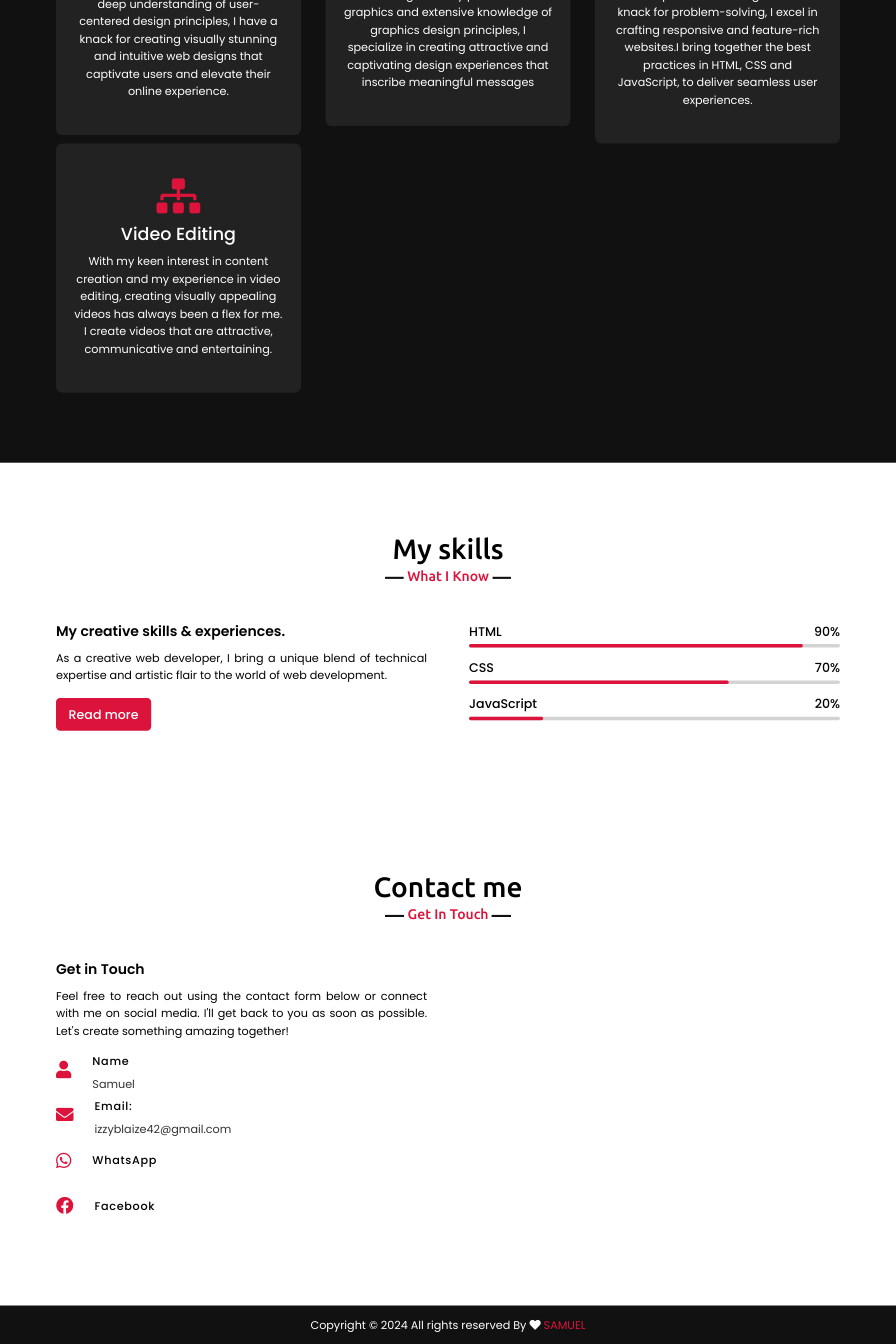
Repository: thedigitalwhizzy/JHF
Page: index.html
The author's editor kept a copy of each file at every save. The page is drawn from the files as they stood at one save, then again after the next save.
The browser window is 1280 px wide. The pictures show the part of the page from y = 1880 to 3800 px (the page is 3800 px tall before and 3689 px after), at 70% of full size.
Backgrounds fixed to the window are drawn as part of the page.

Above is the page before, as saved 2024-06-22 15:10:30.

### index.html
<!DOCTYPE html>
<html lang="en">

<head>
  <meta charset="UTF-8">
  <title>Samuel | Portfolio</title>
  <link rel="stylesheet" href="style.css">
  <link rel="stylesheet" href="https://cdnjs.cloudflare.com/ajax/libs/font-awesome/5.15.3/css/all.min.css" />
  <script src="https://code.jquery.com/jquery-3.5.1.min.js"></script>
  <script src="https://cdnjs.cloudflare.com/ajax/libs/typed.js/2.0.11/typed.min.js"></script>
  <script src="https://cdnjs.cloudflare.com/ajax/libs/waypoints/4.0.1/jquery.waypoints.min.js"></script>
  <script src="https://cdnjs.cloudflare.com/ajax/libs/OwlCarousel2/2.3.4/owl.carousel.min.js"></script>
  <link rel="stylesheet" href="https://cdnjs.cloudflare.com/ajax/libs/OwlCarousel2/2.3.4/assets/owl.carousel.min.css" />
  <meta name="title" content="Samuel - Web Developer, Graphics designer, Freelancer, Content creator, Video editor, Photo editor" />
  <meta name="description" content="Samuel - Web Developer, Graphics designer, Freelancer, Content creator, Video editor, Photo editor" />
  <meta name="charset" content="UTF-8" />
  <meta name="viewport" content="width=device-width, initial-scale=1, minimum-scale=1, maximum-scale=1" />
  <meta name="robots" content="index, follow" />
  <meta name="googlebot" content="index, follow" />
  <meta name="revisit-after" content="1 days" />
  <meta http-equiv="X-UA-Compatible" content="IE=edge,chrome=1" />
  <meta http-equiv="Content-Language" content="en" />
  <meta property="og:title" content="Samuel - Web Developer, Graphics designer, Freelancer, Content creator, Video editor, Photo editor">
  <meta property="og:description" content="Samuel - Web Developer, Graphics designer, Freelancer, Content creator, Video editor, Photo editor">
  <meta property="og:locale" content="en_US">
  <meta property="og:type" content="website">
  <meta property="og:site_name" content="Samuel">
  <meta property="og:url" content="">
  <meta itemprop="image" content="rajuan.png">
  <meta property="og:image" content="rajuan.png">
  <meta property="og:image:secure_url" content="rajuan.png">
  <meta property="og:image:width" content="650">
  <meta property="og:image:height" content="350">
  <meta property="twitter:title" content="Samuel - Web Developer, Graphics designer, Freelancer, Content creator, Video editor, Photo editor">
  <meta property="twitter:description" content="Samuel - Web Developer, Graphics designer, Freelancer, Content creator, Video editor, Photo editor">
  <meta property="twitter:url" content="">
  <meta property="twitter:card" content="summary">
  <meta name="apple-mobile-web-app-status-bar" content="#202125">
  <link rel="canonical" href="">
  <link rel="alternate" hreflang="en" href="">
  <link rel="icon" href="icon.png" type="image/x-icon">
  <link rel="dns-prefetch" href="https://cdnjs.cloudflare.com/">
  <meta name="apple-mobile-web-app-status-bar" content="#202125">
</head>

<body>
  <div class="scroll-up-btn">
    <i class="fas fa-angle-up"></i>
  </div>
  <nav class="navbar">
    <div class="max-width">
      <div class="logo"><a href="https://instagram.com/izzy.blaize?igshid=OGY3MTU3OGY1Mw==">Sam<span>uel.</span></a></div>
        <div class="menu-btn">
        <i class="fas fa-bars"></i>
      </div>
    </div>
  </nav>

<body>


  <section class="home" id="home">
    <div class="max-width">
      <div class="home-content">
        <div class="text-1">Hello, My name is</div>
        <div class="text-2">Samuel</div>
        <div class="text-3">And I'm a web designer <span class="typing"></span></div>
        <a href="https://wa.link/4fl7y6">Hire me</a>
      </div>
    </div>
  </section>
  <section class="about" id="about">
    <div class="max-width">
      <h2 class="title">About me</h2>
      <div class="about-content">
        <div class="column left">
          <img src="rajuan.png">
        </div>
        <div class="column right">
          <div class="text">I'm Samuel and I'm a<span class="typing-2"></span></div>
          <p>Passionate programmer and web developer with expertise in front-end development. With a strong eye for design and a commitment to creating seamless user experiences, I specialize in crafting visually appealing appealing websites. Let's bring your ideas to life together!</p>
          <a href="read-more.html">Read More</a>
        </div>
      </div>
    </div>
  </section>
  <section class="services" id="services">
    <div class="max-width">
      <h2 class="title">My services</h2>
      <div class="serv-content">
        <div class="card">
          <div class="box">
            <i class="fas fa-paint-brush"></i>
            <div class="text">Web Design</div>
            <p>With a keen eye for aesthetics and a deep understanding of user-centered design principles, I have a knack for creating visually stunning and intuitive web designs that captivate users and elevate their online experience.</p>
          </div>
        </div>
        <div class="card">
          <div class="box">
            <i class="fas fa-gamepad"></i>
            <div class="text">Graphics Design</div>
            <p>Drawing from my passion for graphics and extensive knowledge of graphics design principles, I specialize in creating attractive and captivating design experiences that inscribe meaningful messages</p>
          </div>
        </div>
        <div class="card">
          <div class="box">
            <i class="fas fa-code"></i>
            <div class="text">Web Development</div>
            <p>With a solid foundation in web development technologies and a knack for problem-solving, I excel in crafting responsive and feature-rich websites.I bring together the best practices in HTML, CSS and JavaScript, to deliver seamless user experiences.</p>
          </div>
        </div>
        <div class="card">
          <div class="box">
            <i class="fas fa-sitemap"></i>
            <div class="text">Video Editing</div>
            <p>With my keen interest in content creation and my experience in video editing, creating visually appealing videos has always been a flex for me. I create videos that are attractive, communicative and entertaining.</p>
          </div>
        </div>
      </div>
    </div>
    </div>
  </section>
  <!-- skills section start -->
  <section class="skills" id="skills">
    <div class="max-width">
      <h2 class="title">My skills</h2>
      <div class="skills-content">
        <div class="column left">
          <div class="text">My creative skills & experiences.</div>
          <p>As a creative web developer, I bring a unique blend of technical expertise and artistic flair to the world of web development.</p>
          <a href="skills.html">Read more</a>
        </div>
        <div class="column right">
          <div class="bars">
            <div class="info">
              <span>HTML</span>
              <span>90%</span>
            </div>
            <div class="line html"></div>
          </div>
          <div class="bars">
            <div class="info">
              <span>CSS</span>
              <span>70%</span>
            </div>
            <div class="line css"></div>
          </div>
          <div class="bars">
            <div class="info">
              <span>JavaScript</span>
              <span>20%</span>
            </div>
            <div class="line js"></div>
          </div>
        </div>
      </div>
    </div>
  </section>
  <!-- contact section start -->
  <section class="contact" id="contact">
    <div class="max-width">
      <h2 class="title">Contact me</h2>
      <div class="contact-content">
        <div class="column left">
          <div class="text">Get in Touch</div>
          <p>Feel free to reach out using the contact form below or connect with me on social media. I'll get back to you as soon as possible. Let's create something amazing together!</p>
          <div class="icons">
            <div class="row">
              <i class="fas fa-user"></i>
              <div class="info">
                <div class="head">Name</div>
                <div class="sub-title">Samuel</div>
              </div>
            </div>
            <div class="row">
              <i class="fas fa-envelope"></i>
              <div class="info">
                <div class="head">Email:</div>
                <div class="sub-title">izzyblaize42@gmail.com</div>
              </div>
            </div>
            <div class="row">
              <i class="fab fa-whatsapp"></i>
              <div class="info">
                <div class="head"><a style="color:#000" href="https://wa.link/4fl7y6">WhatsApp</a>
                </div>
              </div>
            </div>
            <div class="row">
              <i class="fab fa-facebook"></i>
              <div class="info">
                <div class="head"><a style="color:black" href="https://www.facebook.com/profile.php?id=61552224441534&mibextid=9idTr45qYp7jtedz">Facebook</a></div>
              </div>
            </div>
            </div>
          </div>
        </div>


      </div>
    </div>
  </section>
  <footer>
    <span>Copyright © <script>
        document.write(new Date().getFullYear());
      </script> All rights reserved By <i class="fa fa-heart"></i> <a href="https://www.facebook.com/profile.php?id=61552224441534&mibextid=9idTr45qYp7jtedz">SAMUEL</a></p>
  </footer>
  <script src="script.js"></script>
  <script
  type="text/javascript"
  src="https://cdn.jsdelivr.net/npm/@emailjs/browser@4/dist/email.min.js">
</script>

</body>

</html>

Loaded but not shown: script.js (73 lines, source omitted); style.css (835 lines, source omitted)

After the next save:
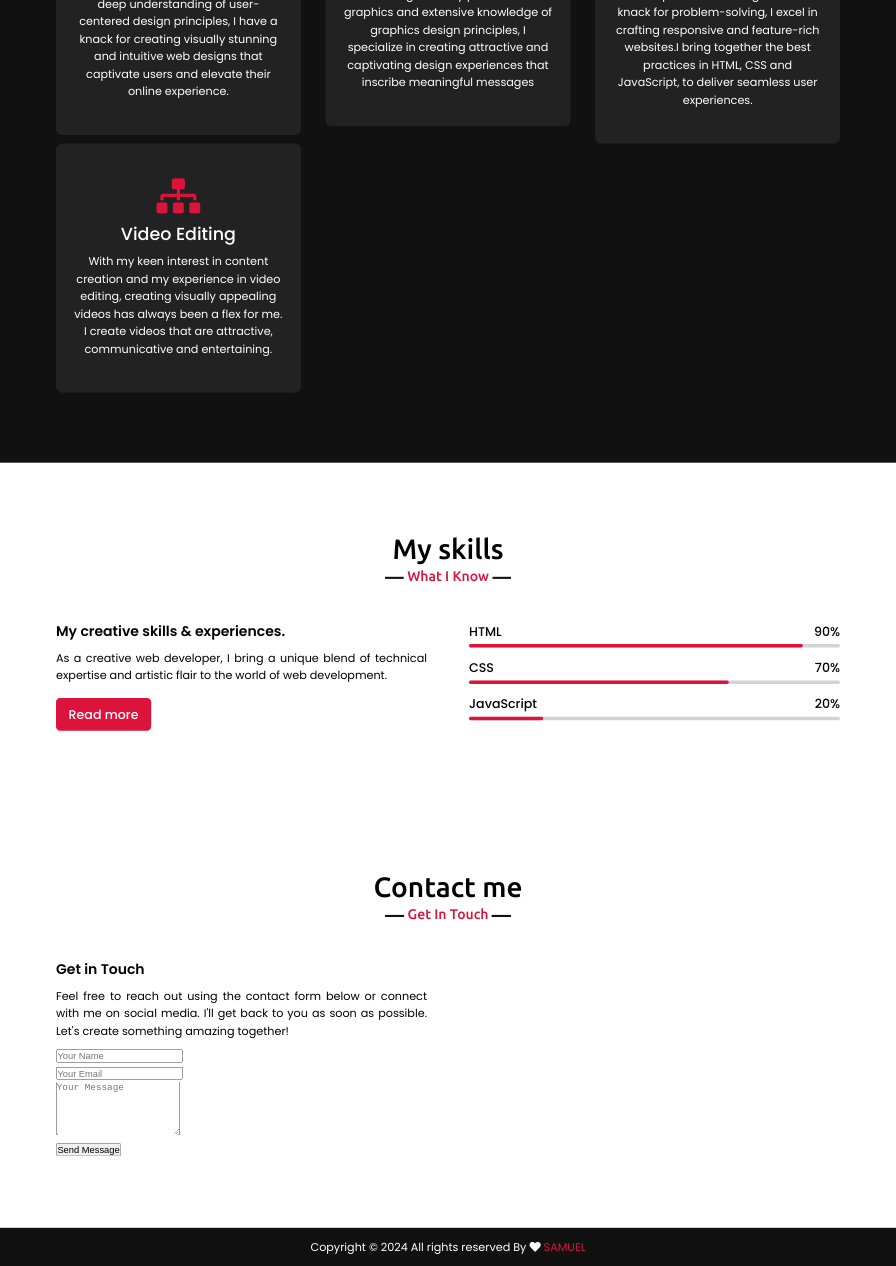
Saved 4 min 14 s later.
--- a/index.html
+++ b/index.html
@@ -156,7 +156,6 @@
       </div>
     </div>
   </section>
-  <!-- contact section start -->
   <section class="contact" id="contact">
     <div class="max-width">
       <h2 class="title">Contact me</h2>
@@ -165,41 +164,30 @@
           <div class="text">Get in Touch</div>
           <p>Feel free to reach out using the contact form below or connect with me on social media. I'll get back to you as soon as possible. Let's create something amazing together!</p>
           <div class="icons">
-            <div class="row">
-              <i class="fas fa-user"></i>
-              <div class="info">
-                <div class="head">Name</div>
-                <div class="sub-title">Samuel</div>
-              </div>
-            </div>
-            <div class="row">
-              <i class="fas fa-envelope"></i>
-              <div class="info">
-                <div class="head">Email:</div>
-                <div class="sub-title">izzyblaize42@gmail.com</div>
-              </div>
-            </div>
-            <div class="row">
-              <i class="fab fa-whatsapp"></i>
-              <div class="info">
-                <div class="head"><a style="color:#000" href="https://wa.link/4fl7y6">WhatsApp</a>
-                </div>
-              </div>
-            </div>
-            <div class="row">
-              <i class="fab fa-facebook"></i>
-              <div class="info">
-                <div class="head"><a style="color:black" href="https://www.facebook.com/profile.php?id=61552224441534&mibextid=9idTr45qYp7jtedz">Facebook</a></div>
-              </div>
-            </div>
-            </div>
-          </div>
-        </div>
-
-
-      </div>
-    </div>
-  </section>
+            </div>
+
+          <form action="submit-form.php" method="post" class="contact-form">
+            <div class="form-field">
+              <input type="text" name="name" id="name" placeholder="Your Name" required>
+            </div>
+            <div class="form-field">
+              <input type="email" name="email" id="email" placeholder="Your Email" required>
+            </div>
+            <div class="form-field">
+              <textarea name="message" id="message" placeholder="Your Message" rows="5" required></textarea>
+            </div>
+            <div class="form-field">
+              <button type="submit">Send Message</button>
+            </div>
+          </form>
+        </div>
+
+        <div class="column right">
+          </div>
+      </div>
+    </div>
+  </section>
+
   <footer>
     <span>Copyright © <script>
         document.write(new Date().getFullYear());
